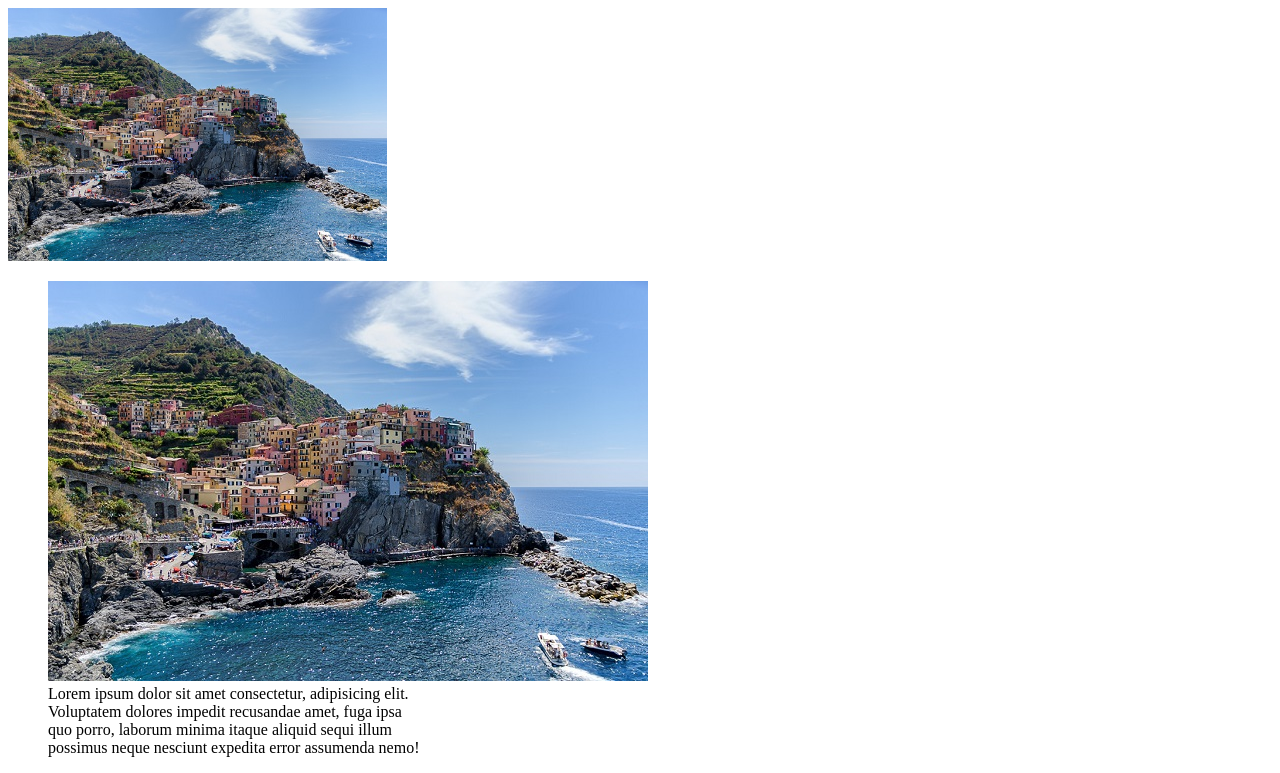
Repository: EmanuelUrbano/introducao_a_tecnologias
Page: 05_05_2022/dropdown_image/index.html
An editor plug-in stored every save of this project. The page is shown before and after the next save, followed by the edit.
The browser window is 1280 px wide. The pictures show the whole page.

Above is the page before, as saved 2022-05-09 23:59:36.

After the next save:
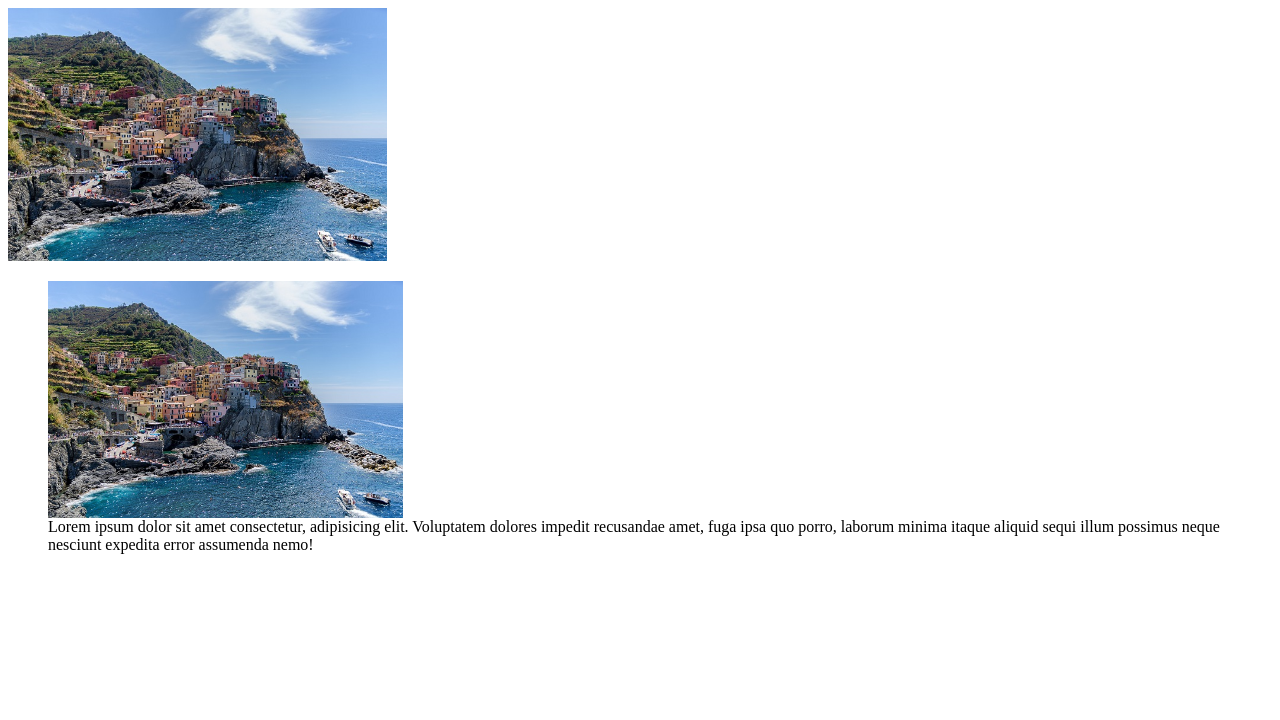
Saved 19 s later.
--- a/05_05_2022/dropdown_image/style.css
+++ b/05_05_2022/dropdown_image/style.css
@@ -4,7 +4,7 @@ img.imagem_pequena{
     max-width: 30%;
 }
 
-figure.imagem_grande{
+figure.imagem_grande img{
     display:block;
     height: auto;
     max-width: 30%;
